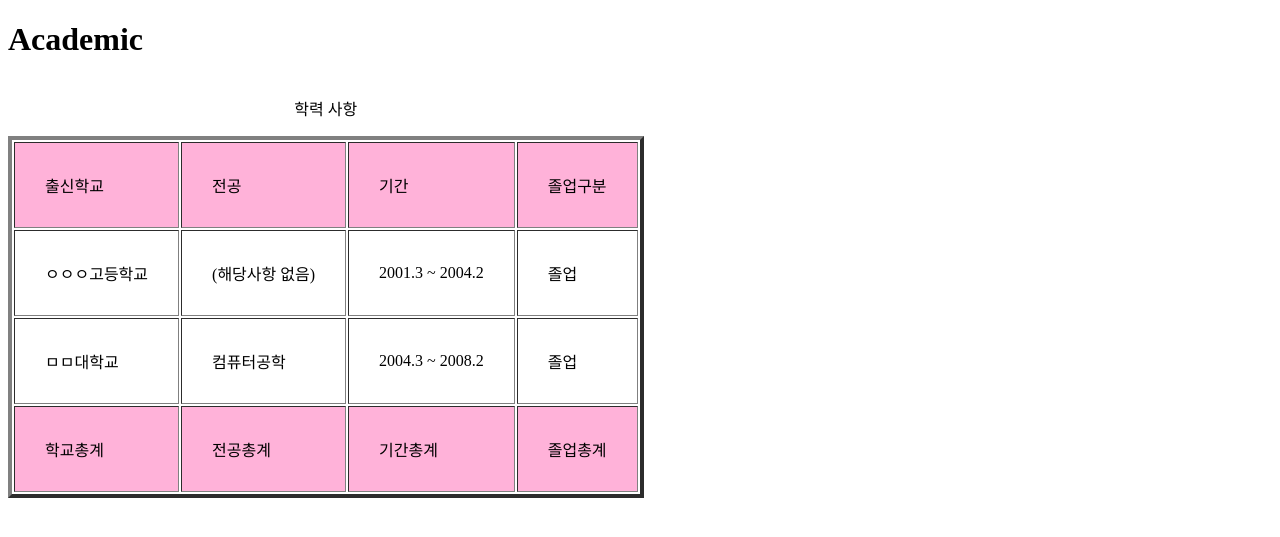
Repository: seulhwangbo/SeulJSP
Page: jspSrc17/webStandard01/src/main/webapp/02/Academic.html
An editor plug-in stored every save of this project. The page is shown before and after the next save, followed by the edit.
The browser window is 1280 px wide. The pictures show the whole page.

Above is the page before, as saved 2024-06-13 07:25:14.

### jspSrc17/webStandard01/src/main/webapp/02/Academic.html
<!DOCTYPE html>
<html>
<head>
<meta charset="UTF-8">
<style type="text/css">
tr, td {
	padding: 30px;
}

thead, tfoot {
	background-color: #FFB2D9;
}
</style>
<title>Insert title here</title>
</head>
<body>
			<h1>Academic</h1>
	<table border="4">
		<caption>
			<p>학력 사항</p>
		</caption>

		<thead>
			<tr>
				<td>출신학교</td>
				<td>전공</td>
				<td>기간</td>
				<td>졸업구분</td>
			</tr>
		</thead>

		<tr>
			<td>ㅇㅇㅇ고등학교</td>
			<td>(해당사항 없음)</td>
			<td>2001.3 ~ 2004.2</td>
			<td>졸업</td>
		</tr>
		<tr>
			<td>ㅁㅁ대학교</td>
			<td>컴퓨터공학</td>
			<td>2004.3 ~ 2008.2</td>
			<td>졸업</td>
		</tr>
		<tfoot>
			<tr>
				<td>학교총계</td>
				<td>전공총계</td>
				<td>기간총계</td>
				<td>졸업총계</td>
			</tr>
		</tfoot>
	</table>
</body>
</html>

After the next save:
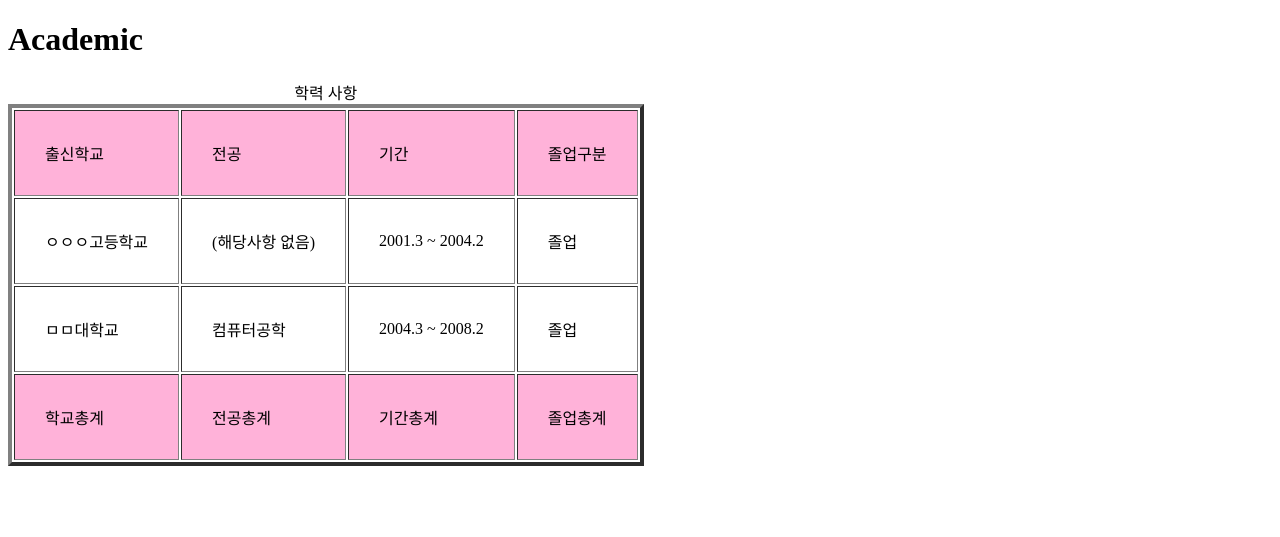
Saved 13 s later.
--- a/jspSrc17/webStandard01/src/main/webapp/02/Academic.html
+++ b/jspSrc17/webStandard01/src/main/webapp/02/Academic.html
@@ -17,7 +17,7 @@
 			<h1>Academic</h1>
 	<table border="4">
 		<caption>
-			<p>학력 사항</p>
+			학력 사항
 		</caption>
 
 		<thead>
